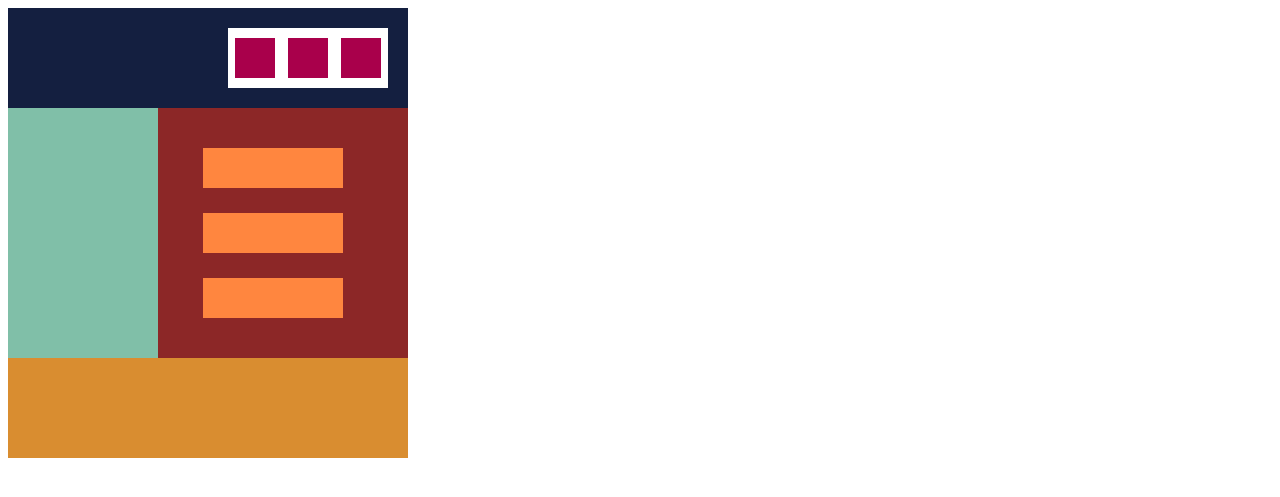
Repository: natuki-i/curriculum
Page: http://localhost/
An editor plug-in stored every save of this project. The page is shown before and after the next save, followed by the edit.
The browser window is 1280 px wide. The pictures show the whole page.
The page is run by PHP 8.4 with error messages shown; the project is at /var/www/html/.

Above is the page before, as saved 2022-11-26 23:06:57.

### PHPjob/1/index.html
<!DOCTYPE html>
<html lang="en">
<head>
    <meta charset="UTF-8">
    <meta http-equiv="X-UA-Compatible" content="IE=edge">
    <meta name="viewport" content="width=device-width, initial-scale=1.0">
    <title>Document</title>
    <link rel="stylesheet" href="/css/style.css"
</head>
<body>
    <div class="header">
        <div class="h-boxs">
            <div class="h-box h-box1"></div>
            <div class="h-box h-box2"></div>
            <div class="h-box h-box3"></div>
        </div>
    </div>
    <div class="main clearfix">
        <div class="left"></div>
        <div class="right">
            <div class="mr-boxs">
                <div class="mr-box mr-box1"></div>
                <div class="mr-box mr-box2"></div>
                <div class="mr-box mr-box3"></div>
            </div>
        </div>
    </div>
    <div class="footer"></div>
</body>
</html>

### PHPjob/1/css/style.css
.header {
    width: 400px;
    height: 100px;
    background-color: #141f40;
    display: flex;
    align-items: center;
    justify-content: flex-end;
}

.h-boxs {
    width: 160px;
    height: 60px;
    margin-right: 20px;
    background-color: white;
    display: flex;
    align-items: center;
    justify-content: space-around;
}

.h-box {
    width: 40px;
    height: 40px;
    background-color: #a9004b;
}

.main {
    display: flex;
}

.left {
    width: 150px;
    height: 250px;
    background-color: #80bfa8;
}

.right {
    width: 250px;
    height: 250px;
    background-color: #8c2727;
    display: flex;
    /* align-items: center; */
    justify-content: flex-start;
}

.mr-boxs {
    width: 150px;
    height: 170px;
    margin: 40px 60px 40px 40px;
    display: flex;
    align-items: center;
    flex-direction: column;
    justify-content: space-between;
}

.mr-box {
    width: 140px;
    height: 40px;
    background-color: #ff863f;
    border-width: 1em;
    border-color: white;
}

.footer {
    width: 400px;
    height: 100px;
    background-color: #d98d30;
}

@media screen and (max-width: 479px) {
/* スマホ向けスタイル */

.header {
    width: 200px;
    height: 200px;
}

.main {
    width: 200px;
    height: 300px;
    flex-direction: column;
}

.left {
    width: 200px;
    height: 100px;
    background-color: #80bfa8;
}

.right {
    width: 200px;
    height: 210px;
    background-color: #8c2727;
    display: flex;
    /* align-items: center; */
    justify-content: flex-start;
}

.mr-boxs {
    width: 150px;
    height: 170px;
    margin: 20px 30px;
    display: flex;
    align-items: center;
    flex-direction: column;
    justify-content: space-between;
}

}

After the next save:
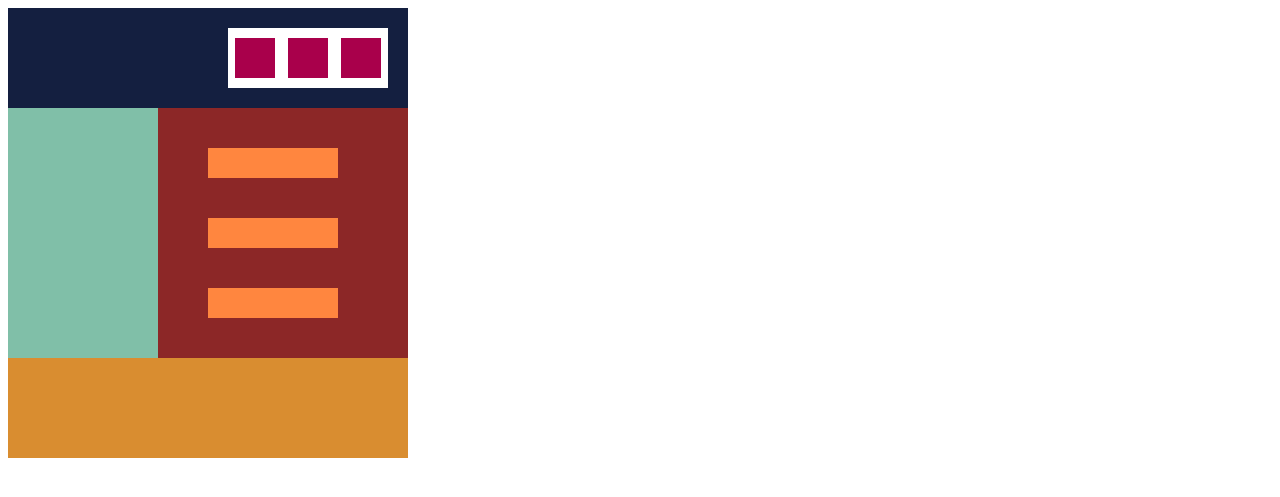
Saved 33 s later.
--- a/PHPjob/1/css/style.css
+++ b/PHPjob/1/css/style.css
@@ -53,8 +53,8 @@
 }
 
 .mr-box {
-    width: 140px;
-    height: 40px;
+    width: 130px;
+    height: 30px;
     background-color: #ff863f;
     border-width: 1em;
     border-color: white;

After the save that followed:
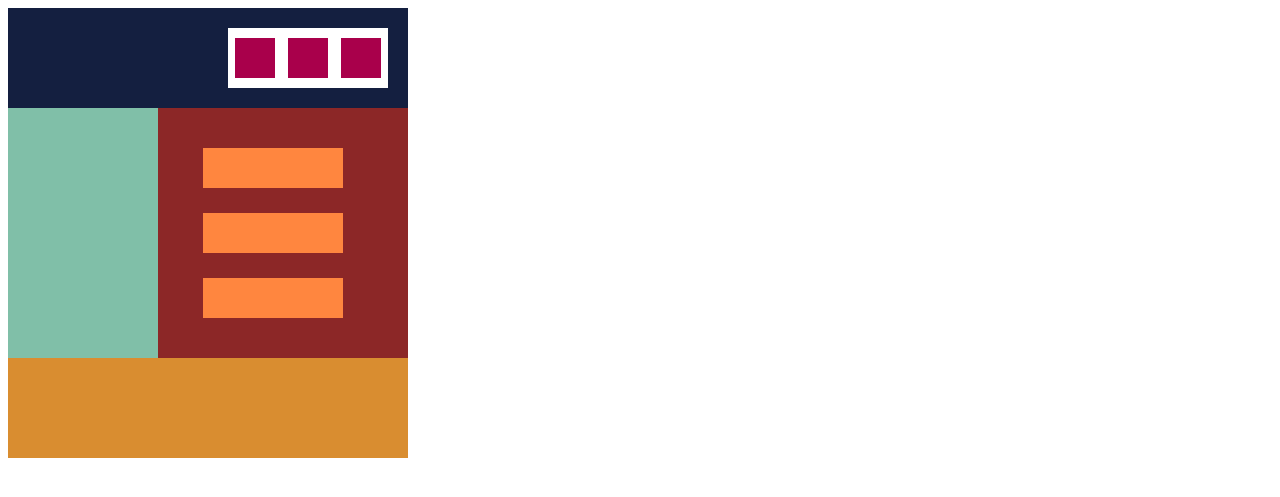
Saved 7 s later.
--- a/PHPjob/1/css/style.css
+++ b/PHPjob/1/css/style.css
@@ -53,8 +53,8 @@
 }
 
 .mr-box {
-    width: 130px;
-    height: 30px;
+    width: 140px;
+    height: 40px;
     background-color: #ff863f;
     border-width: 1em;
     border-color: white;
